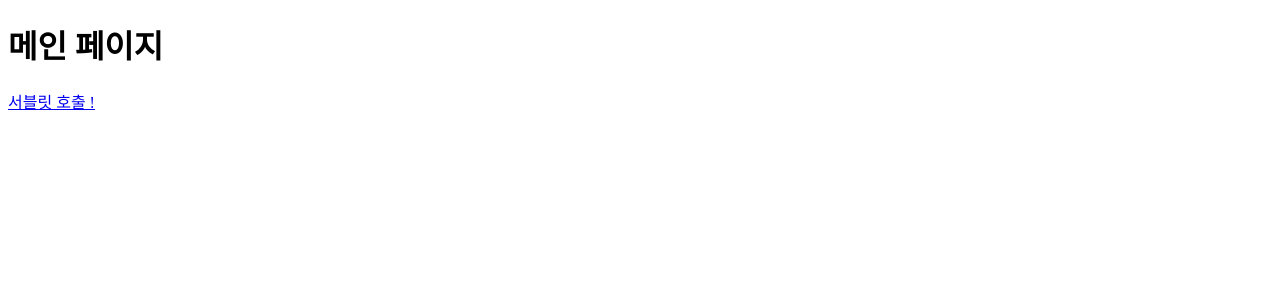
Repository: pvntlc/D-IT-Tech-Internship
Page: work_web/Day3/src/main/webapp/WEB-INF/index.html
These files come from the project's save history. The page is drawn as it stood at one moment and after the next save; the edit follows.
The browser window is 1280 px wide. The pictures show the whole page.

Above is the page before, as saved 2023-09-13 01:35:43.

After the next save:
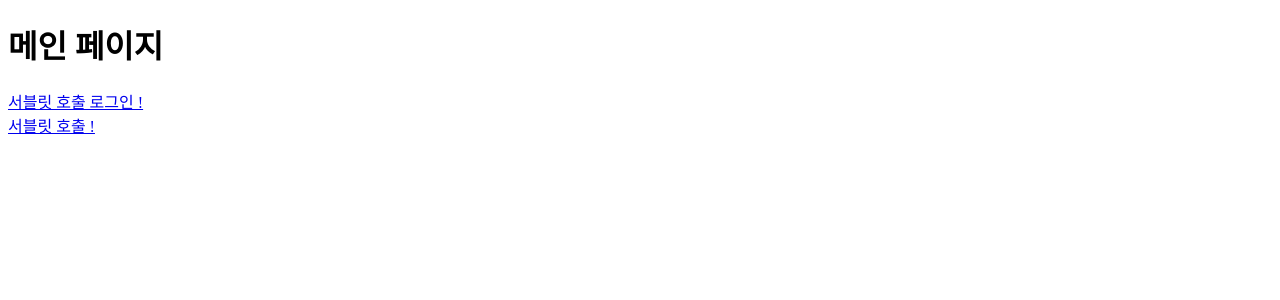
Saved 2 s later.
--- a/work_web/Day3/src/main/webapp/WEB-INF/index.html
+++ b/work_web/Day3/src/main/webapp/WEB-INF/index.html
@@ -6,6 +6,7 @@
 </head>
 <body>
 <h1>메인 페이지</h1>
-<a href="main.do?user=aaa">서블릿 호출 !</a>
+<a href="main.do?user=aaa">서블릿 호출 로그인 !</a><br>
+<a href="main.do">서블릿 호출 !</a>
 </body>
 </html>
